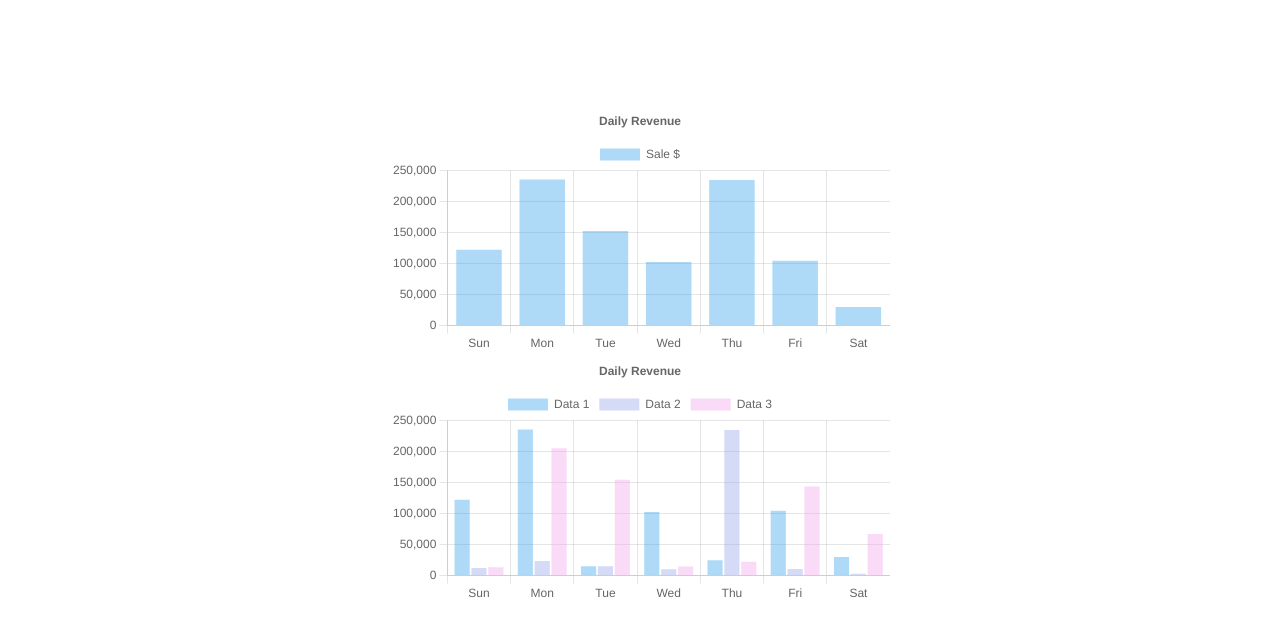
Repository: k8ANStar/exercise-5
Page: /
These files come from the project's save history. The page is drawn as it stood at one moment and after a run of saves; the edit follows.
The browser window is 1280 px wide. The pictures show the whole page.
The project was rebuilt for these pictures with package versions that can differ from the ones it lists, and the page was loaded fresh each time. The framework's server and built-in components were replaced by stand-ins that run in the browser. Also part of the build but not shown: next.config.mjs.

Above is the page before, as saved 2024-04-15 10:26:10.

After the next 5 saves:
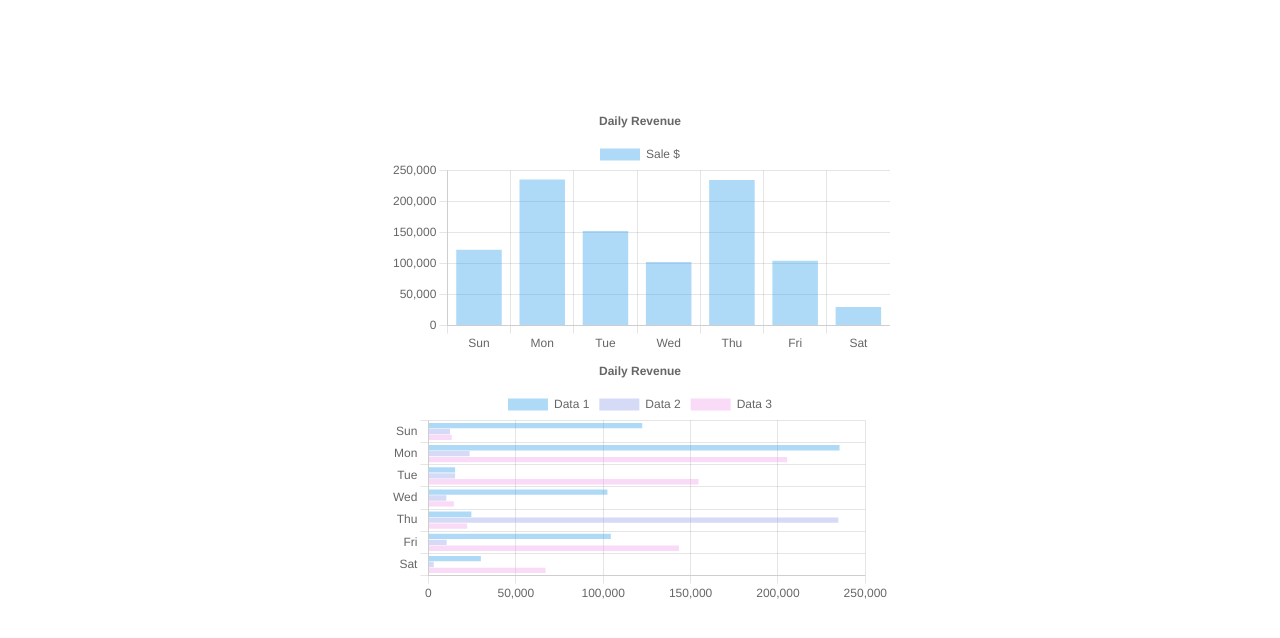
The 5 saves are shown as one change because they came seconds apart.
The last was saved 44 s later.
--- a/components/HorizontalChart/index.js
+++ b/components/HorizontalChart/index.js
@@ -53,6 +53,7 @@ export default function HorizontalChart() {
 		});
 
 		setChartOptions({
+            indexAxis: 'y',
 			plugins: {
 				legend: {
 					postion: "top",
